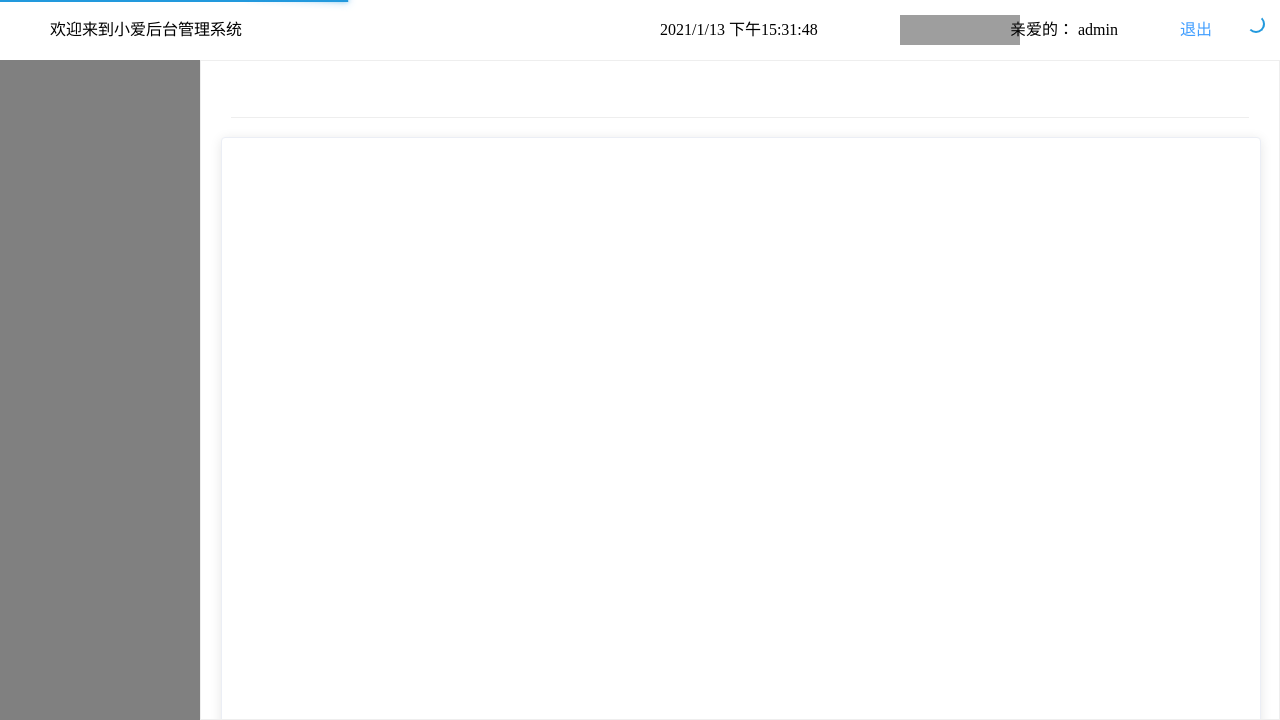
Repository: heyegang/vuex
Page: /rolelist
The author's editor kept a copy of each file at every save. The page is drawn from the files as they stood at one save, then again after the next save.
The browser window is 1280 px wide. The pictures show the whole page.
Pictures or frames that could not be fetched are drawn as grey boxes. The page's requests for data from a server got no answer. The project was rebuilt for these pictures with package versions that can differ from the ones it lists, and the page was loaded fresh each time. No one was signed in, and anything a server would have sent is missing. Also part of the build but not shown: vue.config.js, src/views/Home.vue, src/components/navsidebar/NavSidebar.vue.

Above is the page before, as saved 2021-01-14 15:54:28.

After the next save:
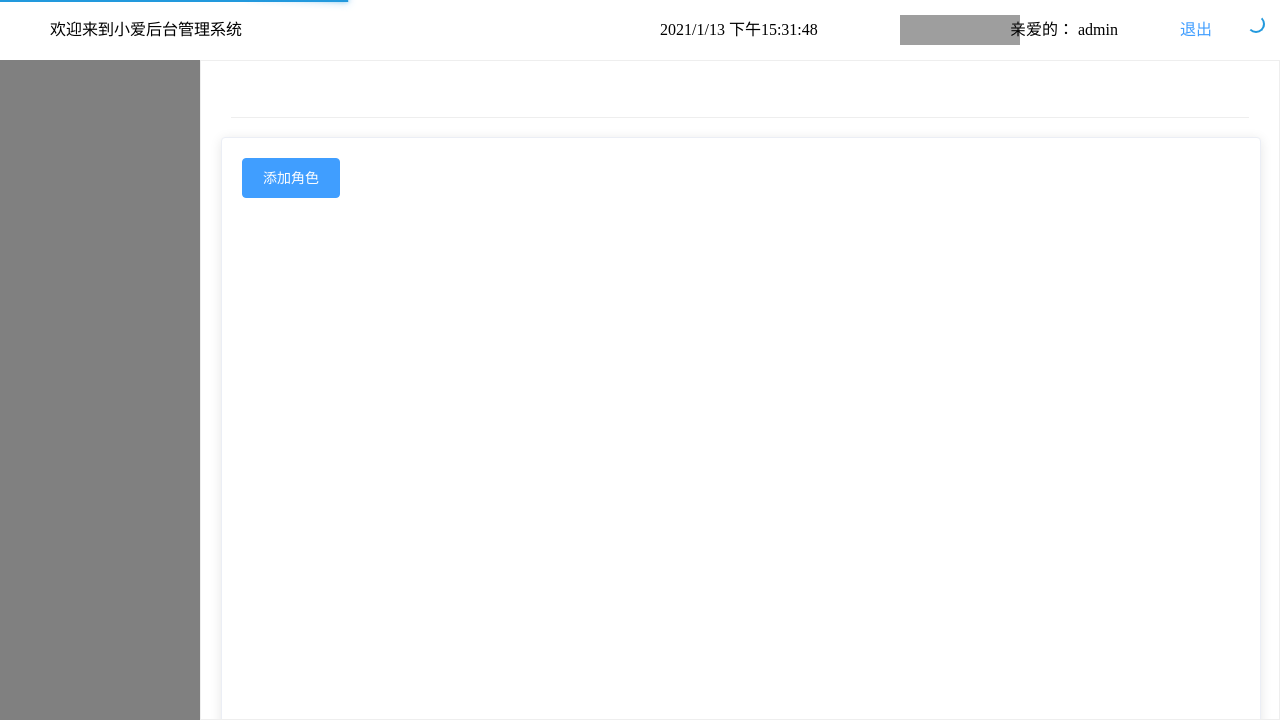
Saved 118 s later.
--- a/src/views/rolelist/RoleList.vue
+++ b/src/views/rolelist/RoleList.vue
@@ -1,6 +1,7 @@
 <template>
   <el-card class="box-card">
   <div class="text item">
+    <el-button type="primary">添加角色</el-button>
 
   </div>
 </el-card>
